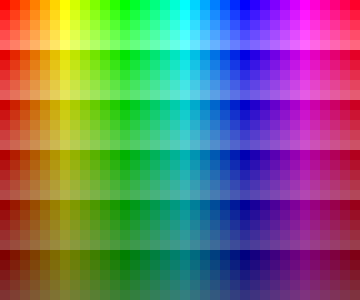
Repository: GitUserG1729/mapf
Script's output: python mapf_visualizer-py/color.py
These files come from the project's save history. The script's output is drawn as it stood at one moment and after the next save; the edit follows.
The window is shown after at most 60 frames with no key pressed. Random numbers start from a fixed seed.

Above is the script's output before, as saved 2021-07-19 18:10:53.

### mapf_visualizer-py/color.py
import pygame
import math


def k_contrast_color(k_color, HSV_list):
  # hue       : 0-360, min_step: 5(72)
  # saturation: 60-100, min_step: 10(5)
  # intensive : 50-100, min_step: 10(6)
  # max_color = 72*6*6 = 2592

  H_min_step = 10
  H_max_num = 360 // H_min_step
  S_min_step = 10
  S_max_num = math.floor(40 / S_min_step) + 1
  I_min_step = 10
  I_max_num = math.floor(90 / I_min_step) + 1

  H = 360
  S = 100
  I = 100
  T = 100

  if k_color <= H_max_num*S_max_num*I_max_num:
    if k_color <= H_max_num*S_max_num:
      if k_color <= H_max_num:
        S = 100
        I = 100
        H_step = 360 // k_color
        for i in range(k_color):
          Hi = i
          tmp_H = Hi * H_step
          HSV_list.append((tmp_H, S, I, T))
      else: # >H_max_num
        I = 100
        H_step = H_min_step
        S_num = math.ceil(k_color / H_max_num)
        S_step = 50 / (S_num-1)
        for i in range(k_color):
          Hi = i % H_max_num
          tmp_H = Hi * H_step
          Si = math.floor(i / H_max_num)
          tmp_S = 100 - Si * S_step
          HSV_list.append((tmp_H, tmp_S, I, T))

    else: # >H_max_num*S_max_num
        S_step = 10
        H_step = H_min_step
        I_num = math.ceil(k_color / (H_max_num*S_max_num))
        I_step = 50 / (I_num-1)
        for i in range(k_color):
          Hi = i % H_max_num
          tmp_H = Hi * H_step
          Si = (i//H_max_num) % S_max_num
          tmp_S = 100 - Si * S_step
          Ii = math.floor(i / (H_max_num*S_max_num))
          tmp_I = 100 - Ii * I_step
          HSV_list.append((tmp_H, tmp_S, tmp_I, T))

  else : # >H_max_num*S_max_num*I_max_num
    print("[ERROR]: NUM OF COLOR IS TOO LARGE.")

  return HSV_list


if __name__ == '__main__':
  grid_len = 36
  grid_wid = 30
  grid_size = 10
  win_len = grid_len*grid_size
  win_wid = grid_wid*grid_size

  pygame.init()
  screen = pygame.display.set_mode((win_len, win_wid))
  pygame.display.set_caption('k contrast color')

  grids = [pygame.Surface((grid_size, grid_size),
                          pygame.SRCALPHA).convert_alpha() \
                          for _ in range(grid_len*grid_wid)]
  map_back = pygame.surface.Surface((win_len, win_wid),
                                    pygame.SRCALPHA, 32)
  map_back = map_back.convert_alpha()

  rgb_colors = []
  hsv_colors = []
  k_contrast_color(grid_len*grid_wid, hsv_colors)
  # print('color len:', len(rgb_colors))
  # print(rgb_colors)
  map_back.fill((0,0,0))
  while 1:
    for i in range(grid_len):
      for j in range(grid_wid):
        color = pygame.Color(0,0,0,0)
        color.hsva = hsv_colors[j*grid_len+i]
        # print(color)
        grids[j*grid_len+i].fill(color)
        map_back.blit(grids[j*grid_len+i],
                            ((i)*grid_size,
                              (j)*grid_size))
    screen.blit(map_back, (0,0))
    pygame.display.update()
    for event in pygame.event.get():
      if event.type == pygame.QUIT:
        pygame.quit()

After the next save:
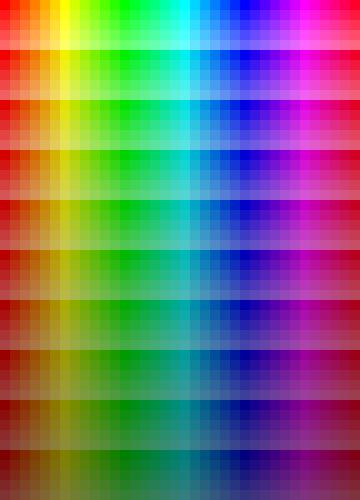
Saved 7 s later.
--- a/mapf_visualizer-py/color.py
+++ b/mapf_visualizer-py/color.py
@@ -64,7 +64,7 @@ def k_contrast_color(k_color, HSV_list):
 
 if __name__ == '__main__':
   grid_len = 36
-  grid_wid = 30
+  grid_wid = 50
   grid_size = 10
   win_len = grid_len*grid_size
   win_wid = grid_wid*grid_size
